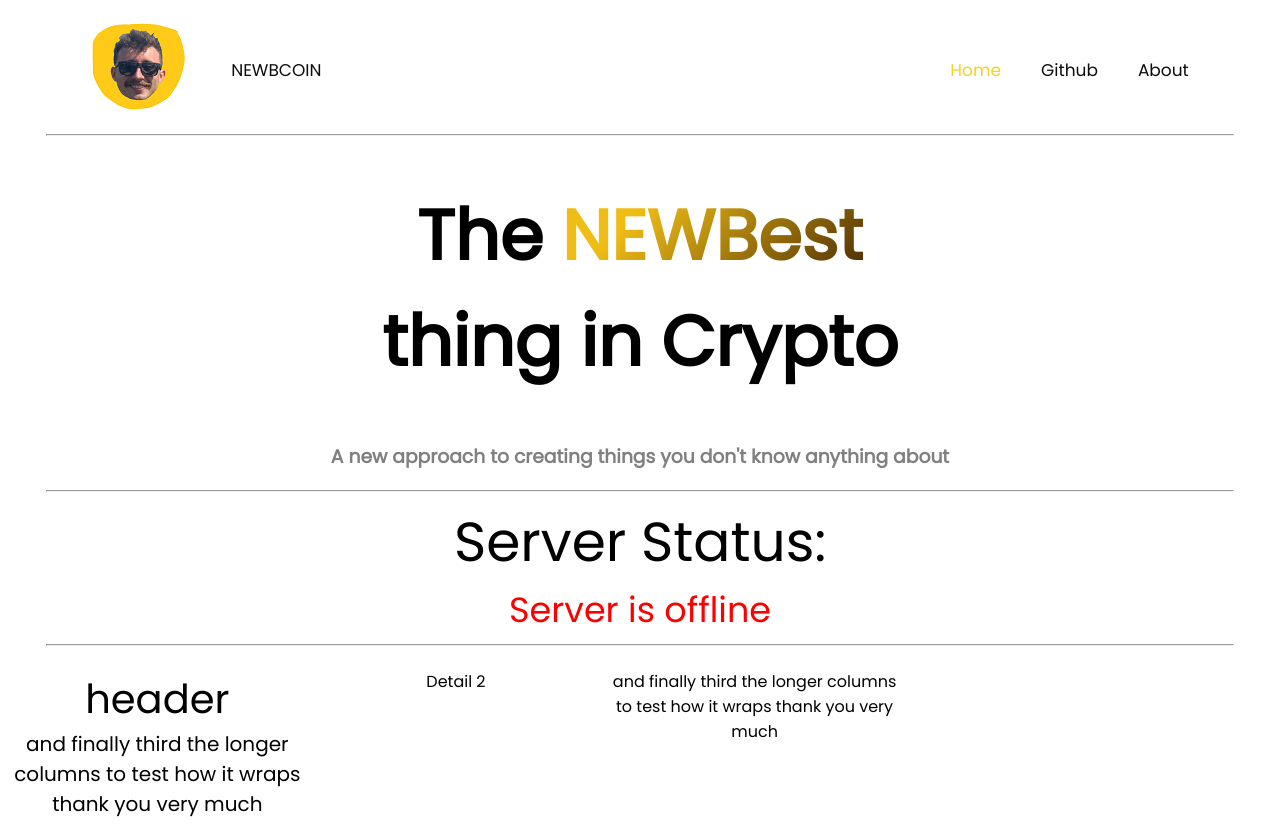
Repository: heartcut/NEWBCOINsite
Page: index.html
An editor plug-in stored every save of this project. The page is shown before and after the next save, followed by the edit.
The browser window is 1280 px wide. The pictures show the whole page.
The page's requests for data from a server got no answer.

Above is the page before, as saved 2022-02-09 02:17:10.

After the next save:
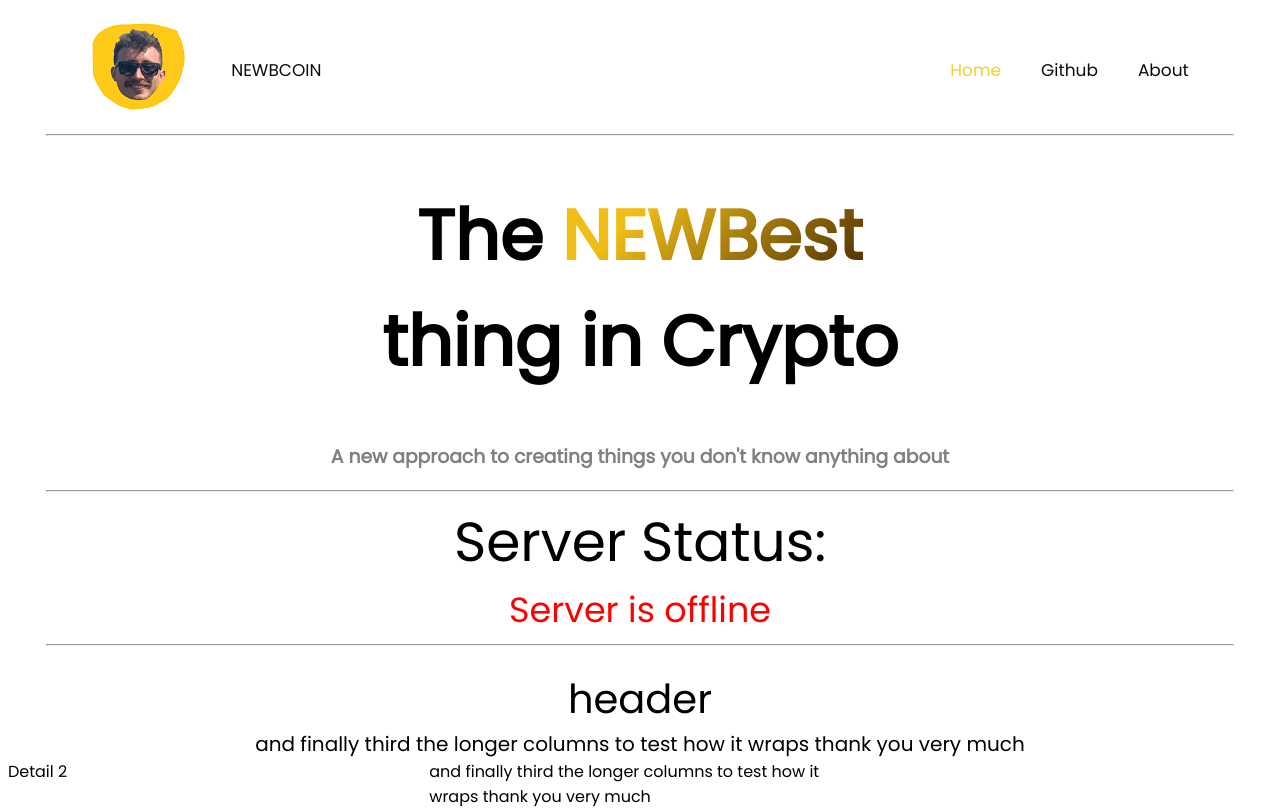
Saved 16 s later.
--- a/index.html
+++ b/index.html
@@ -58,14 +58,14 @@
 
     <hr style="margin-left: 3%;margin-right: 3%;color:rgb(168, 168, 163)">
 
-    <div class="featuresrow" style="text-align: center;padding-top: 15px;width: 70vw;">
-        <div class="featurescolumn">
-            <div style="font-size: 40px;">header</div>
-            <div style="font-size: 20px;">and finally third the longer columns to test how it wraps thank you very much
-            </div>
+    <div class="featuresrow" style="text-align: center;padding-top: 15px;>
+        <div class=" featurescolumn">
+        <div style="font-size: 40px;">header</div>
+        <div style="font-size: 20px;">and finally third the longer columns to test how it wraps thank you very much
         </div>
-        <div class="featurescolumn"> Detail 2</div>
-        <div class="featurescolumn">and finally third the longer columns to test how it wraps thank you very much</div>
+    </div>
+    <div class="featurescolumn"> Detail 2</div>
+    <div class="featurescolumn">and finally third the longer columns to test how it wraps thank you very much</div>
     </div>
 
     <script src="scripts.js"></script>
